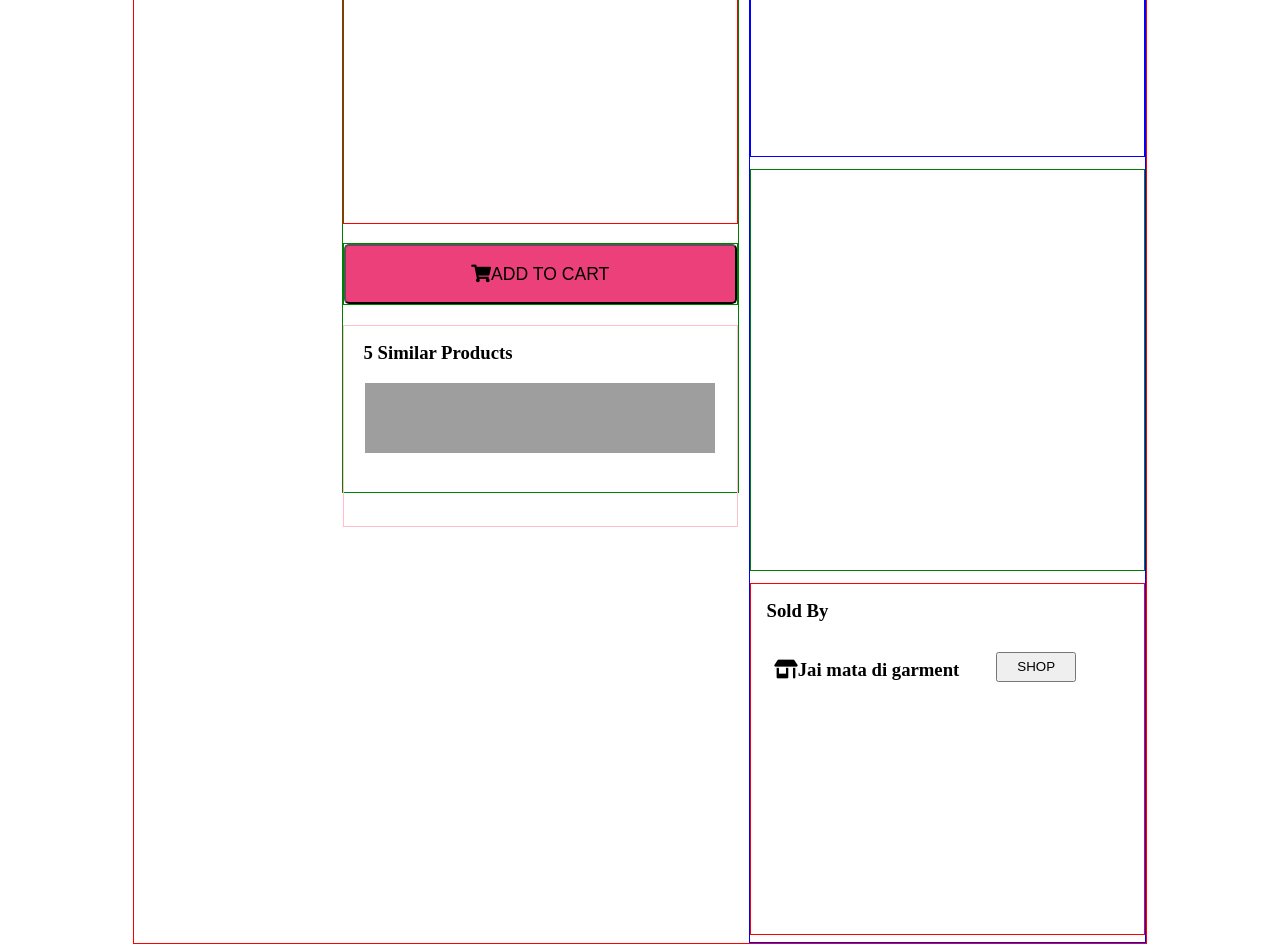
Repository: deepakxxxx/meesho
Page: catelog.html
An editor plug-in stored every save of this project. The page is shown before and after the next save, followed by the edit.
The browser window is 1280 px wide. The pictures show the part of the page from y = 419 to 1371 px (the page is 1371 px tall).
Pictures or frames that could not be fetched are drawn as grey boxes. A picture or video elsewhere on the page could not be fetched, so the positions and the page height are approximate.

Above is the page before, as saved 2021-11-06 17:45:35.

After the next save:
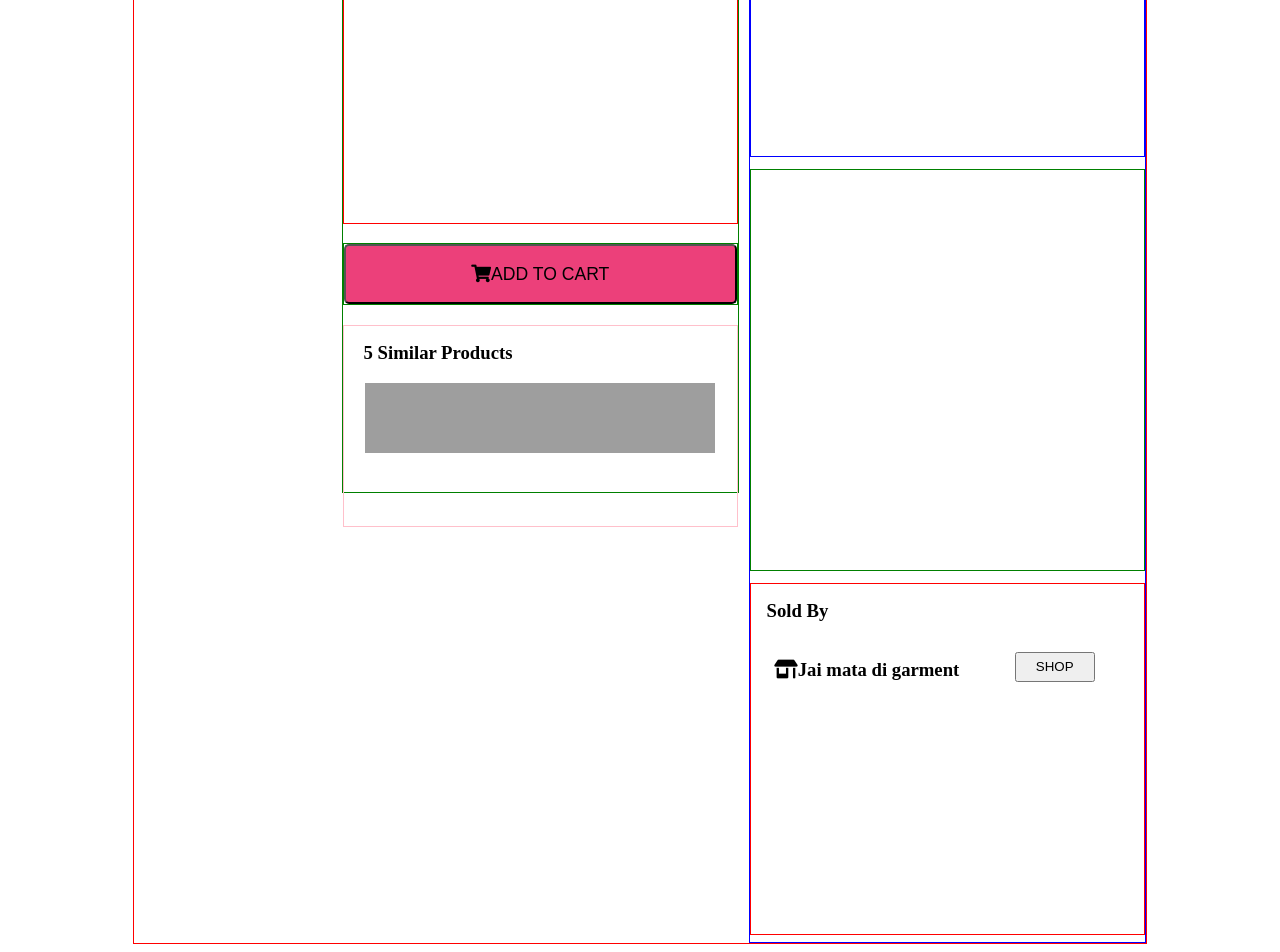
Saved 12 s later.
--- a/catelog.html
+++ b/catelog.html
@@ -219,7 +219,7 @@
     #sho{
         display: flex;
         margin-left: 6%;
-        column-gap: 10%;
+        column-gap: 15%;
     }
     #sho > button{
         width: 80px;
